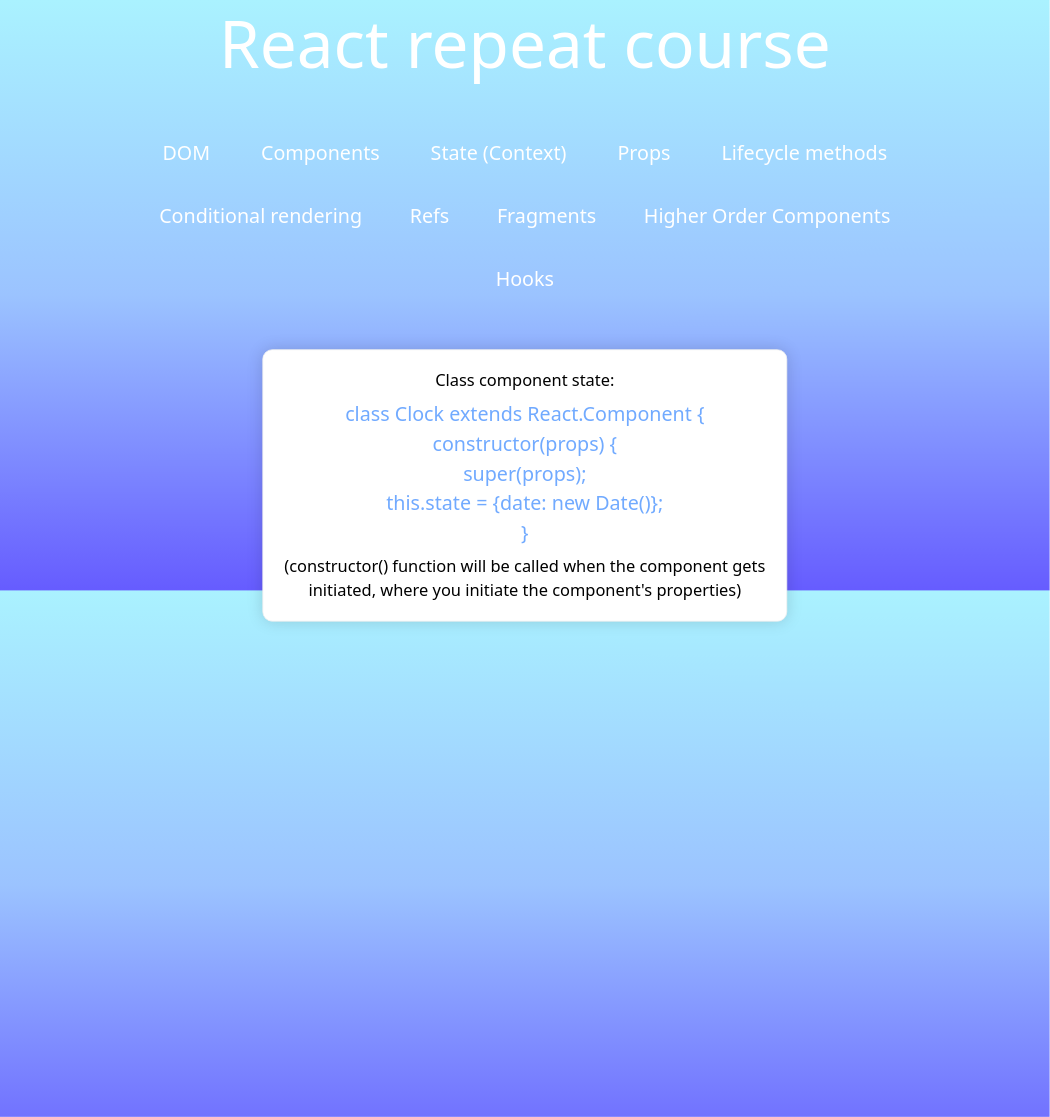
Repository: michalgornicki/github
Page: /#/State
The author's editor kept a copy of each file at every save. The page is drawn from the files as they stood at one save, then again after a run of saves.
The browser window is 1280 px wide. The pictures show the whole page, at 82% of full size.
Backgrounds fixed to the window are drawn as part of the page. The project was rebuilt for these pictures with package versions that can differ from the ones it lists, and the page was loaded fresh each time. Also part of the build but not shown: src/components/dom.jsx, src/components/components.jsx, src/components/props.jsx, src/components/lifecycle.jsx, src/components/conditional.jsx, src/components/refs.jsx, src/components/fragments.jsx, src/components/hoc.jsx and 1 more.

Above is the page before, as saved 2022-02-07 12:44:46.

After the next 2 saves:
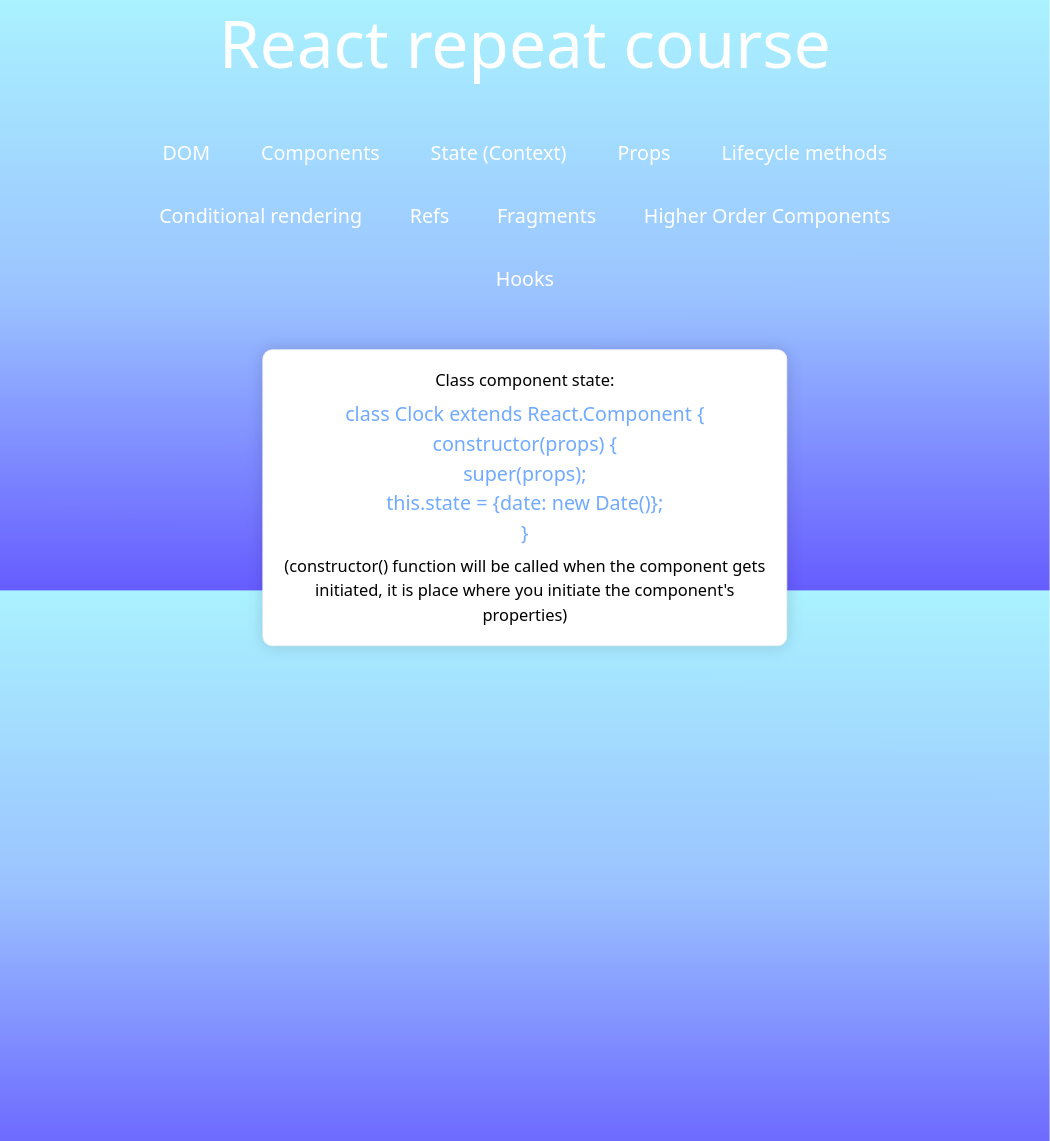
The 2 saves are shown as one change because they came seconds apart.
The last was saved 6 s later.
--- a/src/components/state.jsx
+++ b/src/components/state.jsx
@@ -11,7 +11,7 @@
           {`this.state = {date: new Date()};`}{" "} <br />
           {`}`}{" "}
         </div>{" "}
-        (constructor() function will be called when the component gets initiated, where you initiate the component's properties)
+        (constructor() function will be called when the component gets initiated, it is place where you initiate the component's properties)
       </div>
     </div>
   );
